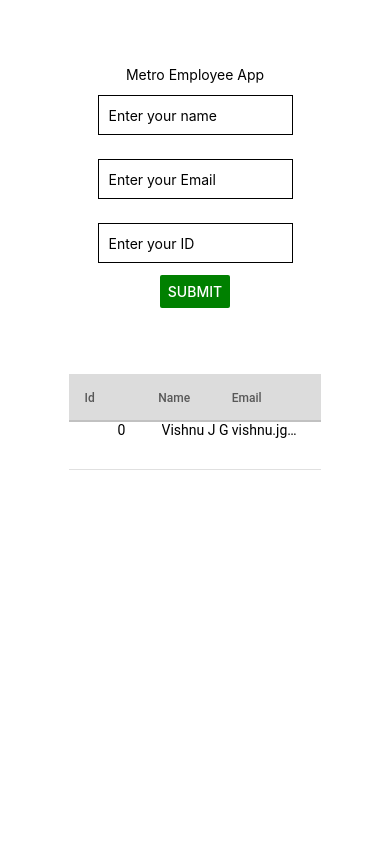
Repository: VishnuJG/Metro-Employee-App
Screen: /
These files come from the project's save history. The screen is drawn as it stood at one moment and after the next save; the edit follows.
The app was drawn by React Native's web renderer in a window 390 px wide. The project was rebuilt for these pictures with package versions that can differ from the ones it lists, and the page was loaded fresh each time. Also part of the build but not shown: components/Task.js.

Above is the screen before, as saved 2022-06-28 15:06:59.

### App.js
import { StatusBar } from 'expo-status-bar';
import React, { useState } from "react";
import { StyleSheet, Text, View, TextInput, Button, Alert, ScrollView} from 'react-native';
import { useDimensions } from '@react-native-community/hooks';
import Task from './components/Task';
import { DataTable } from "react-native-paper";
import Table from './components/Table';


export default function App() {

  // const {landscape}=useDimensions();
  const [emp, onEmpUpdate] = useState([{ id: 0, name: " Vishnu J G", email:"vishnu.jg@metro-gsc.in" }]);
  const [name, onChangeName] = useState("");
  const [email, onChangeEmail] = useState("");
  const [id, onChangeid] = useState(null);
  const onSubmit=(e)=>{
    e.preventDefault();
    if(!name){
      Alert.alert('Invalid Name', 'Invalid Name field',[{text: 'Okay', onPress:()=>{console.log("Okay Pressed")}},{text: 'No', onPress:()=>{console.log("No Pressed")}}])
    }
    if(!email){
      Alert.alert('Invalid Email', 'Invalid Email field',[{text: 'Okay', onPress:()=>{console.log("Okay Pressed")}},{text: 'No', onPress:()=>{console.log("No Pressed")}}])
    }
    if(!/\S+@\S+\.\S+/.test(email)){
      Alert.alert('Invalid Email', 'Invalid Email field',[{text: 'Okay', onPress:()=>{console.log("Okay Pressed")}},{text: 'No', onPress:()=>{console.log("No Pressed")}}])
    }
    if(!id){
      Alert.alert('Invalid Id', 'Invalid ID field',[{text: 'Okay', onPress:()=>{console.log("Okay Pressed")}},{text: 'No', onPress:()=>{console.log("No Pressed")}}])
    }
    console.log(name);
    console.log(email);
    console.log(id);
    const newEmp={id, name, email};
    onChangeName('');
    onChangeEmail('');
    onChangeid(null);
    onEmpUpdate([...emp, newEmp]);
  }
  return (
    <View style={styles.container} >
        <View style={styles.container}>
        <Text>Metro Employee App</Text>

        <TextInput
          style={styles.input}
          onChangeText={onChangeName}
          placeholder="Enter your name"
          value={name}
        />
        <TextInput
          style={styles.input}
          onChangeText={onChangeEmail}
          value={email}
          placeholder="Enter your Email"
          // keyboardType="numeric"
        />

        <TextInput
          style={styles.input}
          onChangeText={onChangeid}
          value={id}
          placeholder="Enter your ID"
          keyboardType="numeric"
        />
        <Button title="Submit"
          color="green"
          onPress={onSubmit}
          /></View>
        {/* <View style={{flex:0.5, flexDirection: 'column'}}>
        {emp.map((newid)=>(<Task key={newid.id} ename={newid.name} eid={newid.id} eemail={newid.email}/>))}
        </View> */}
        <ScrollView  horizontal={true} >
        <DataTable style={{flex:1, flexDirection: 'column', }} >
          <DataTable.Header style={styles.tableHeader}>
            <DataTable.Title style={{flex:1}}>Id</DataTable.Title>
            <DataTable.Title style={{flex:1}}>Name</DataTable.Title>
            <DataTable.Title style={{flex:1}}>Email</DataTable.Title>
          </DataTable.Header>
          {emp.map((newid)=>(<Table key={newid.id} ename={newid.name} eid={newid.id} eemail={newid.email}/>))}
        </DataTable>
        </ScrollView>
    </View>
  );
}

const styles = StyleSheet.create({
  container: {
    flex: 1,
    flexDirection: 'column',
    backgroundColor: '#fff',
    alignItems: 'center',
    justifyContent: 'center',
    fontSize: 20,
    // paddingTop:20,
    width:'100%',
  },
  input: {
    height: 40,
    margin: 12,
    borderWidth: 1,
    width:'50%',
    padding: 10,
  },
  tableHeader: {
    backgroundColor: '#DCDCDC',
  },

});

### components/Table.js
import { StatusBar } from 'expo-status-bar';
import React, { useState } from "react";
import { StyleSheet, Text, View, TextInput, Button, Alert} from 'react-native';
import { useDimensions } from '@react-native-community/hooks';
import { DataTable } from "react-native-paper";


export default function Table(props) {
  console.log("Hello");
  return (
    <DataTable.Row>
            <DataTable.Cell style={styles.employee}>{props.eid}</DataTable.Cell>
            <DataTable.Cell style={styles.employee}>{props.ename}</DataTable.Cell>
            <DataTable.Cell style={styles.employee}>{props.eemail}</DataTable.Cell>
    </DataTable.Row>


  );
}

const styles = StyleSheet.create({
  employee:{
    flex:1,
    flexDirection:'column',
    // justifyContent: 'flex-start',
  }
});

After the next save:
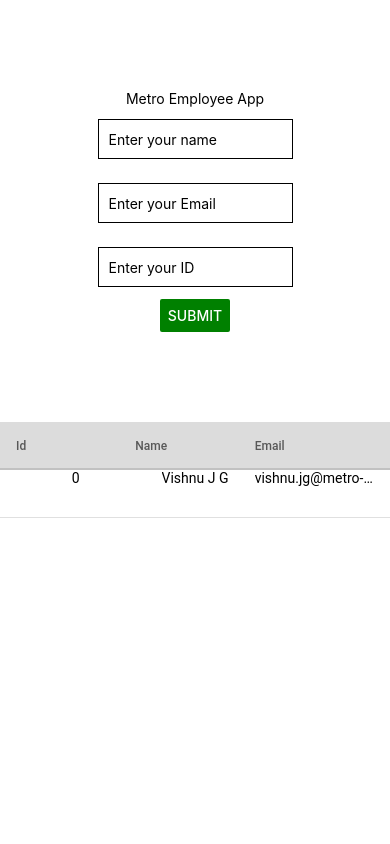
Saved 2 min 25 s later.
--- a/App.js
+++ b/App.js
@@ -70,7 +70,7 @@ export default function App() {
         {/* <View style={{flex:0.5, flexDirection: 'column'}}>
         {emp.map((newid)=>(<Task key={newid.id} ename={newid.name} eid={newid.id} eemail={newid.email}/>))}
         </View> */}
-        <ScrollView  horizontal={true} >
+
         <DataTable style={{flex:1, flexDirection: 'column', }} >
           <DataTable.Header style={styles.tableHeader}>
             <DataTable.Title style={{flex:1}}>Id</DataTable.Title>
@@ -79,7 +79,7 @@ export default function App() {
           </DataTable.Header>
           {emp.map((newid)=>(<Table key={newid.id} ename={newid.name} eid={newid.id} eemail={newid.email}/>))}
         </DataTable>
-        </ScrollView>
+
     </View>
   );
 }
